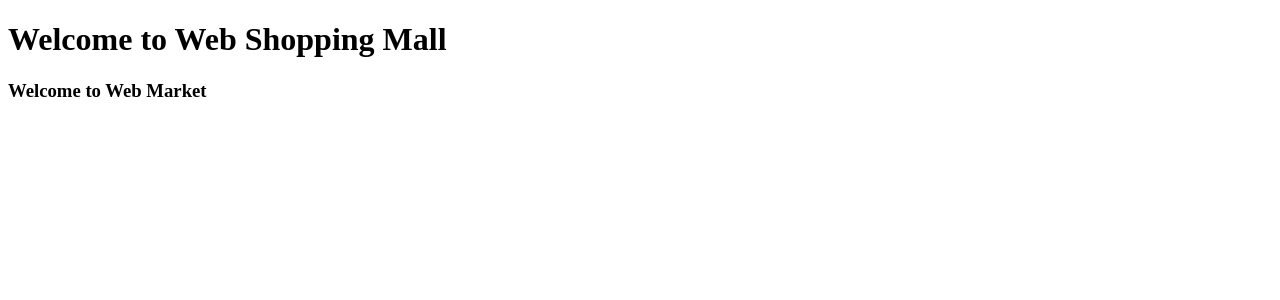
Repository: Jin0207/jsp
Page: http://localhost/day1210/welcome.jsp
These files come from the project's save history. The page is drawn as it stood at one moment and after the next save; the edit follows.
The browser window is 1280 px wide. The pictures show the whole page.
The page is served by Tomcat 9. Other server files are loaded and not shown.

Above is the page before, as saved 2021-12-10 07:30:07.

### day1210/src/main/webapp/welcome.jsp
<%@ page language="java" contentType="text/html; charset=EUC-KR"
    pageEncoding="EUC-KR"%>
<!DOCTYPE html>
<html>
<head>
<meta charset="EUC-KR">
<title>Insert title here</title>
</head>
<body>
	<nav class="">
		<div class="container">

		</div>
	</nav>
	<%!
		String greeting = "Welcome to Web Shopping Mall";
		String tagline = "Welcome to Web Market";
	%>
	<h1><%=greeting %></h1>
	<h3><%=tagline %></h3>
</body>
</html>

After the next save:
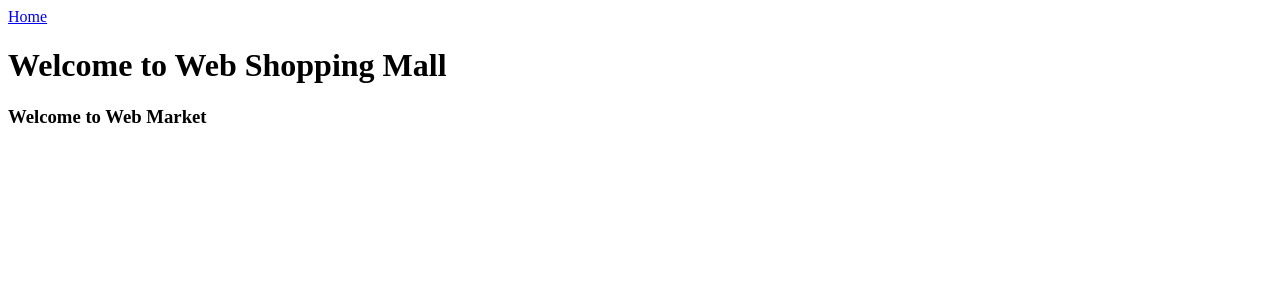
Saved 47 s later.
--- a/day1210/src/main/webapp/welcome.jsp
+++ b/day1210/src/main/webapp/welcome.jsp
@@ -9,7 +9,9 @@
 <body>
 	<nav class="">
 		<div class="container">
-
+			<div>
+				<a href="./welcome.jsp">Home</a>
+			</div>
 		</div>
 	</nav>
 	<%!
